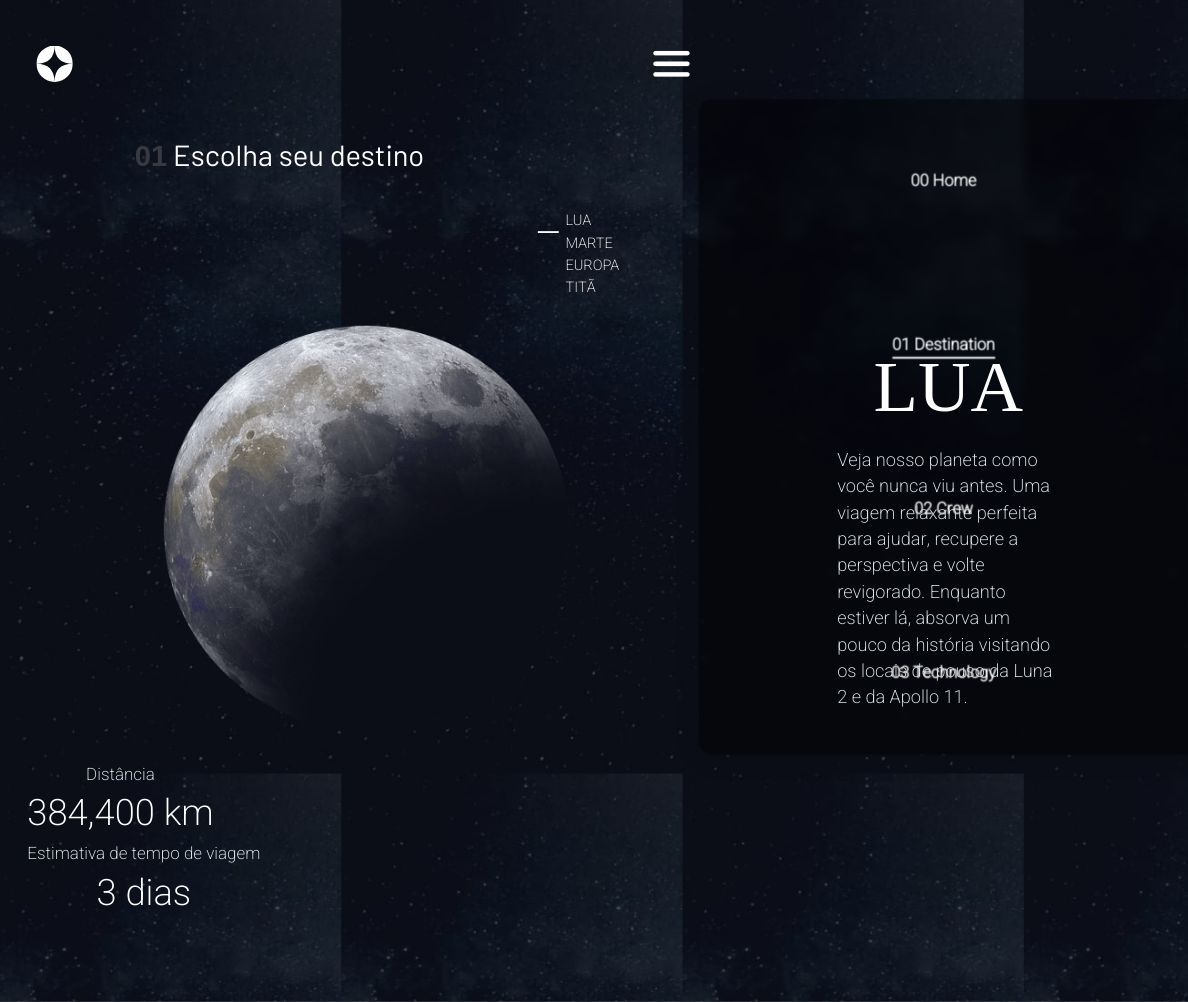
Repository: Leonngc/space-site
Page: space-tourism-website-main/space-tourism-website-main/starter-code/destination-moon.html
The author's editor kept a copy of each file at every save. The page is drawn from the files as they stood at one save, then again after the next save.
The browser window is 768 px wide. The page is 1306 px wide, so the pictures cover 1306 px, including what lies to the right of the window. The pictures show the whole page, at 91% of full size.
Some web libraries are served in a nearby version.

Above is the page before, as saved 2023-04-30 01:12:11.

After the next save:
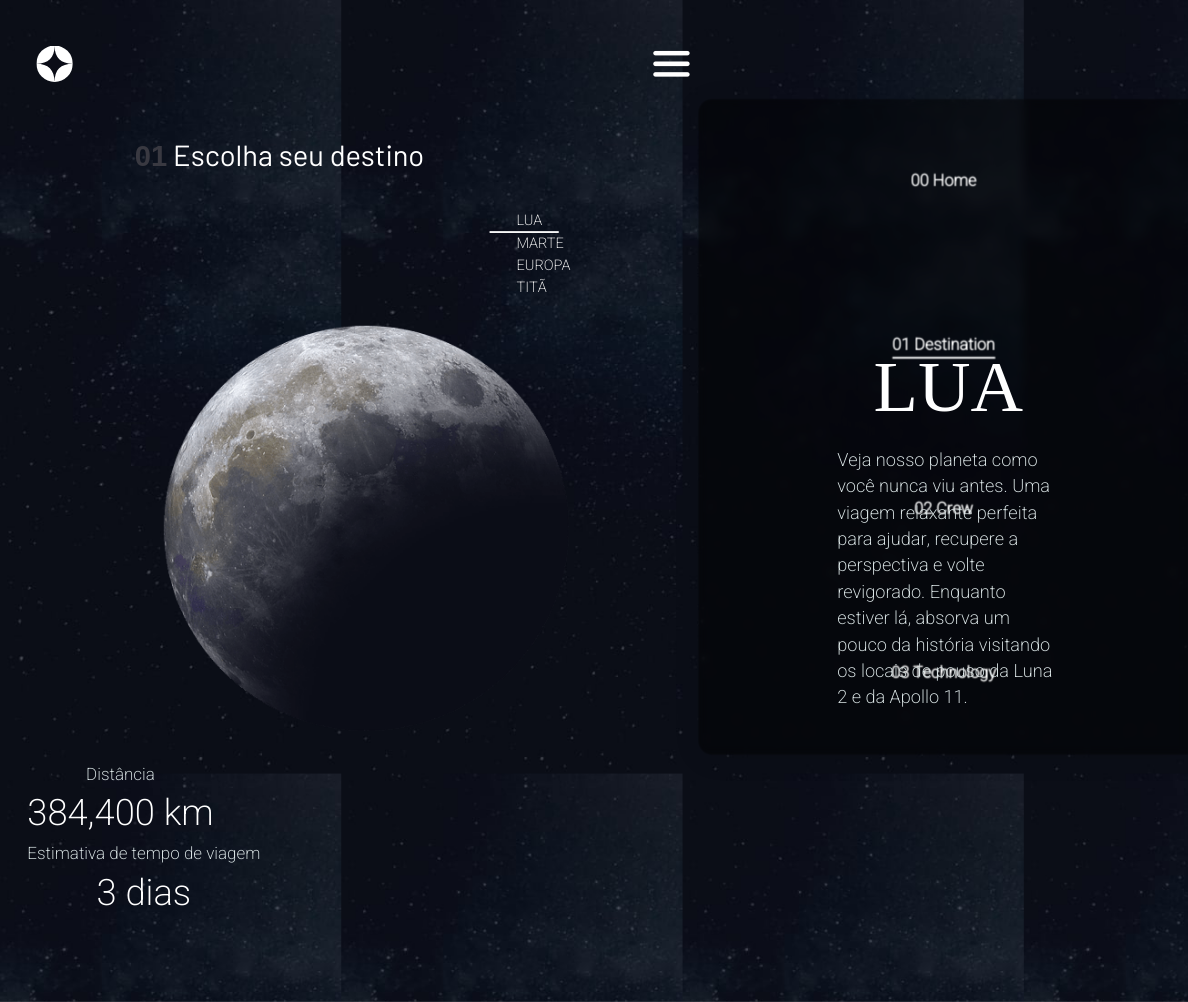
Saved 5 s later.
--- a/space-tourism-website-main/space-tourism-website-main/starter-code/styles/destination.css
+++ b/space-tourism-website-main/space-tourism-website-main/starter-code/styles/destination.css
@@ -118,6 +118,6 @@ strong{
     }
 
     .nav-travel{
-        width: 3vw;
+        width: 10vw;
     }
 }
